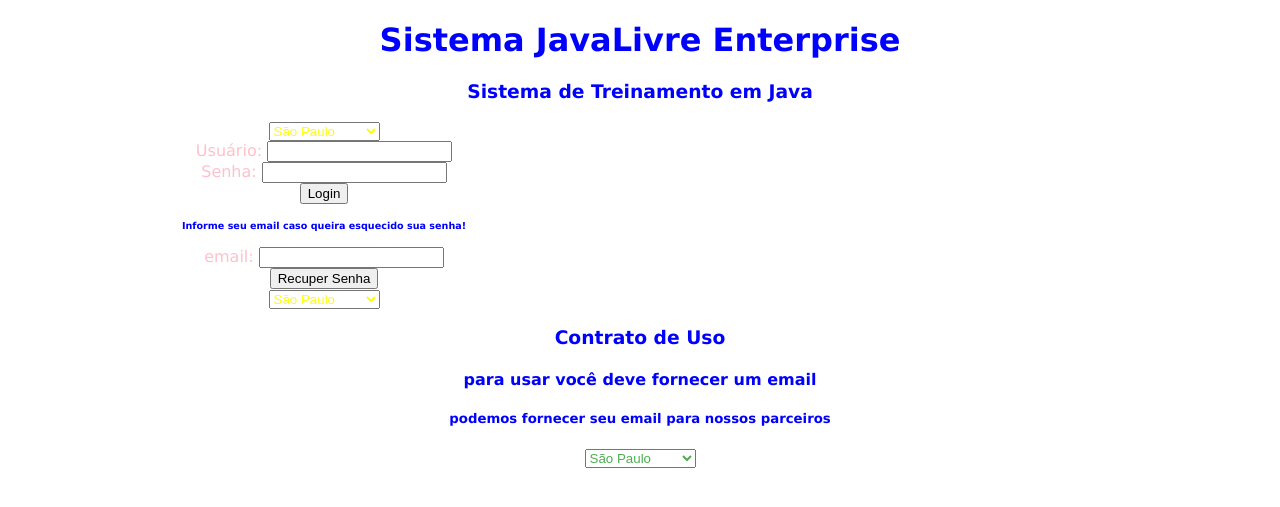
Repository: marciojv/treina-java
Page: workspace/JavaLivre/src/html/login.html
An editor plug-in stored every save of this project. The page is shown before and after the next save, followed by the edit.
The browser window is 1280 px wide. The pictures show the whole page.

Above is the page before, as saved 2017-06-10 17:42:39.

After the next save:
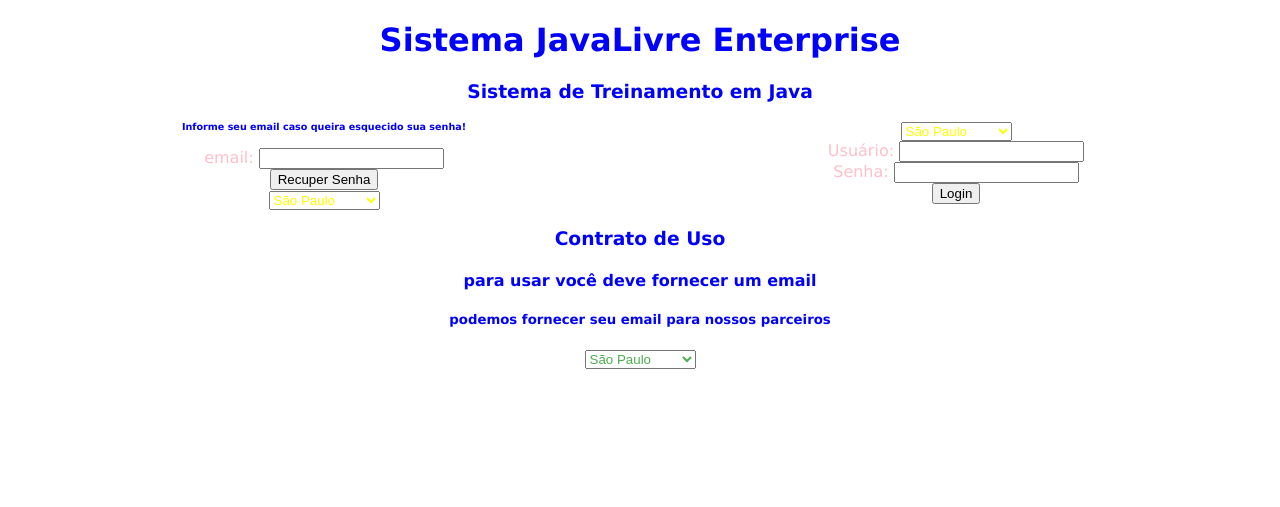
Saved 97 s later.
--- a/workspace/JavaLivre/src/html/css/javalivre.css
+++ b/workspace/JavaLivre/src/html/css/javalivre.css
@@ -17,7 +17,7 @@ div form select {
 #divlogin {
 	width:50%;
 	/*height: 500px;*/
-	display: block;
+	float: right;
 }
 
 #divrecupera {
